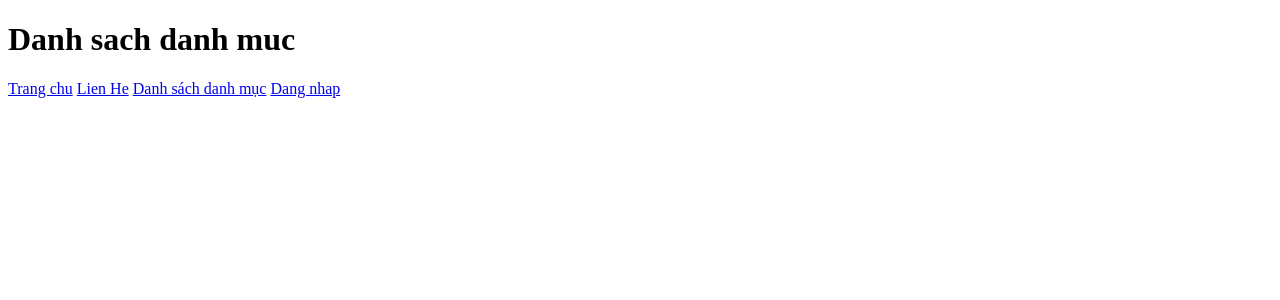
Repository: iamwind-dev/PHP
Page: http://localhost/tuan3/danhsachdanhmuc.php
An editor plug-in stored every save of this project. The page is shown before and after a run of saves, followed by the edit.
The browser window is 1280 px wide. The pictures show the whole page.
The page is run by PHP 8.4 with error messages shown; the project is at /var/www/html/. Queries for data that is not in the repository find no rows.

Above is the page before, as saved 2023-09-22 15:59:20.

### tuan3/danhsachdanhmuc.php
<!DOCTYPE html>
<html lang="en">

<head>
    <meta charset="UTF-8">
    <meta name="viewport" content="width=device-width, initial-scale=1.0">
    <title>Danh sách danh mục</title>
</head>

<body>
    <h1>Danh sach danh muc</h1>
    <?php
    include("header.php");
    echo '<br>';
    $conn=mysqli_connect('localhost','root','060304','banhang');
    $sql = "SELECT * from danhmuc";
    $kq=mysqli_query($conn,$sql);
    while ($row=mysqli_fetch_array($kq)){
        echo $row['id'];
        echo $row['tendanhmuc'].'<a href="danhsachsanpham.php?iddm='.$row['id'].'"></a>';
        echo '<hr>';
    }
?>

</body>

</html>

### tuan3/header.php
<?php
session_start();
?>
<!DOCTYPE html>
<html lang="en">

<head>
    <meta charset="UTF-8">
    <meta name="viewport" content="width=device-width, initial-scale=1.0">
    <title>Document</title>
</head>

<body>
    <a href="Trangchu.php">Trang chu</a>
    <a href="TrangLienHe.php">Lien He</a>
    <a href="danhsachdanhmuc.php">Danh sách danh mục</a>
    <?php
    if(isset($_COOKIE['user'])){
        echo 'Xin chao ban ' . $_COOKIE['user'];
    } else {
        echo '<a href="dangnhap.php">Dang nhap</a>';
    }
    ?>
</body>

</html>

After the next 3 saves:
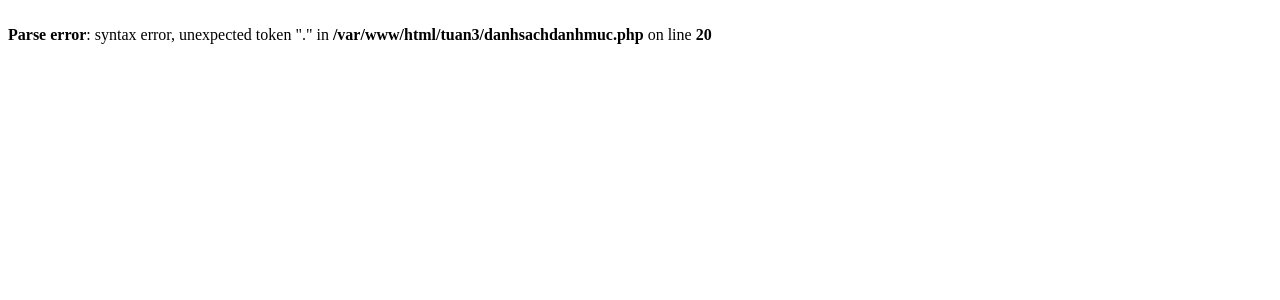
The 3 saves are shown as one change because they came seconds apart.
The last was saved 12 s later.
--- a/tuan3/danhsachdanhmuc.php
+++ b/tuan3/danhsachdanhmuc.php
@@ -17,7 +17,7 @@
     $kq=mysqli_query($conn,$sql);
     while ($row=mysqli_fetch_array($kq)){
         echo $row['id'];
-        echo $row['tendanhmuc'].'<a href="danhsachsanpham.php?iddm='.$row['id'].'"></a>';
+        echo $row['tendanhmuc'].'<a href="danhsachsanpham.php?iddm='.$row['id'].'">'..'</a>';
         echo '<hr>';
     }
 ?>

After the save that followed:
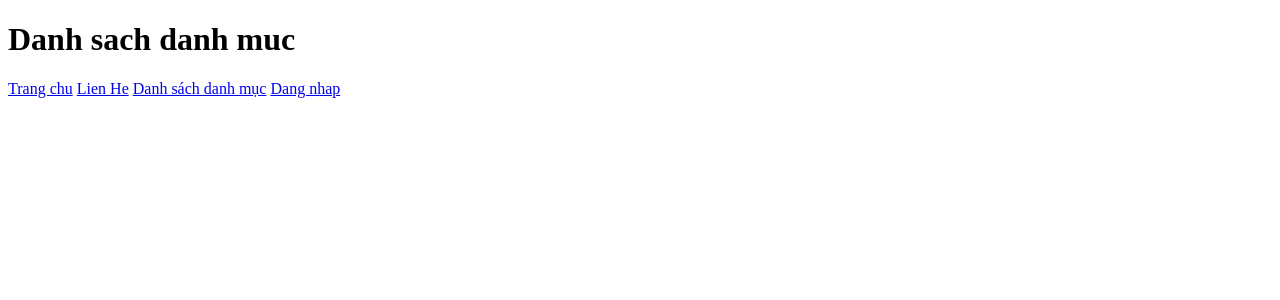
Saved 7 s later.
--- a/tuan3/danhsachdanhmuc.php
+++ b/tuan3/danhsachdanhmuc.php
@@ -17,7 +17,7 @@
     $kq=mysqli_query($conn,$sql);
     while ($row=mysqli_fetch_array($kq)){
         echo $row['id'];
-        echo $row['tendanhmuc'].'<a href="danhsachsanpham.php?iddm='.$row['id'].'">'..'</a>';
+        echo $row['tendanhmuc'].'<a href="danhsachsanpham.php?iddm='.$row['id'].'">'.$row['tendanhmuc'].'</a>';
         echo '<hr>';
     }
 ?>
